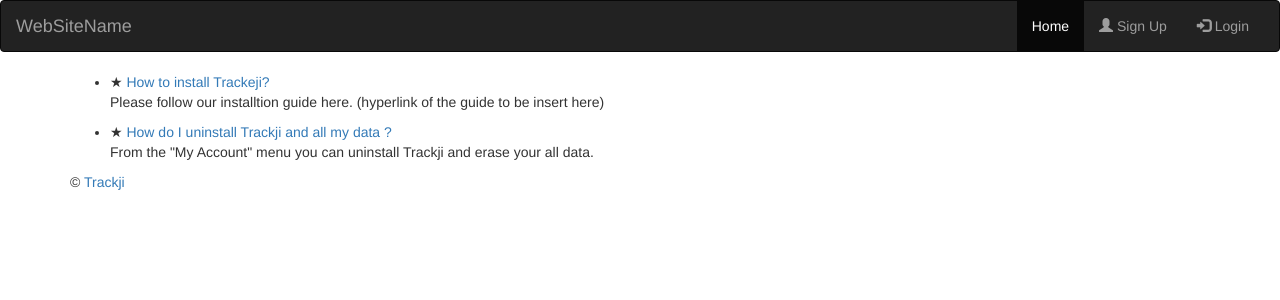
Repository: prathmeshgodbole/Web_Development
Page: Mobile_tracker/Installation.html
The author's editor kept a copy of each file at every save. The page is drawn from the files as they stood at one save, then again after the next save.
The browser window is 1280 px wide. The pictures show the whole page.

Above is the page before, as saved 2020-03-08 17:46:54.

After the next save:
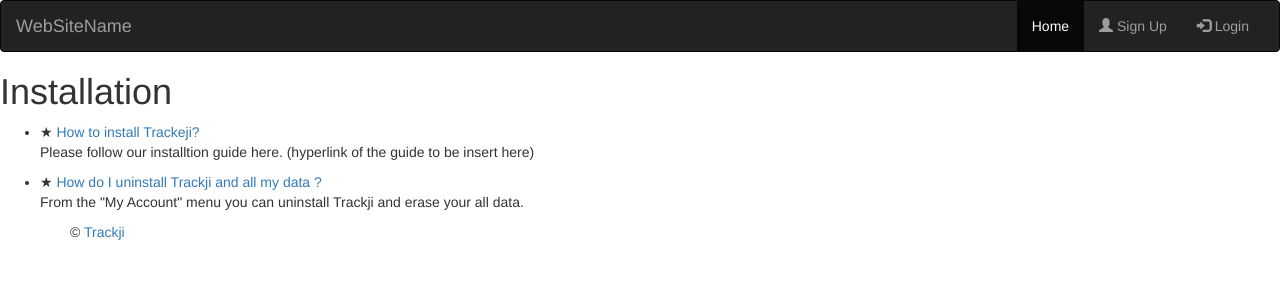
Saved 59 s later.
--- a/Mobile_tracker/Installation.html
+++ b/Mobile_tracker/Installation.html
@@ -35,26 +35,28 @@
 
 
 
-    <div class="container">
+
+    <div class="section-header">
+        <h1 class="section-title">Installation</h1>
+    </div>
 
 
-        <ul class="article-list">
 
-            <li class="article-promoted">
-                <span data-title="Promoted article">★</span>
-                <a href="">How to install Trackeji?</a>
-                <p>Please follow our installtion guide here. (hyperlink of the guide to be insert here)</p>
-            </li>
+    <ul class="article-list">
 
-            <li class="article-promoted">
-                <span data-title="Promoted article">★</span>
-                <a href="">How do I uninstall Trackji and all my data ?</a>
-                <p>From the "My Account" menu you can uninstall Trackji and erase your all data.</p>
-            </li>
+        <li class="article-promoted">
+            <span data-title="Promoted article">★</span>
+            <a href="">How to install Trackeji?</a>
+            <p>Please follow our installtion guide here. (hyperlink of the guide to be insert here)</p>
+        </li>
 
-        </ul>
-    </div>
+        <li class="article-promoted">
+            <span data-title="Promoted article">★</span>
+            <a href="">How do I uninstall Trackji and all my data ?</a>
+            <p>From the "My Account" menu you can uninstall Trackji and erase your all data.</p>
+        </li>
 
+    </ul>
 
     <!--/.container-->
     <footer class="footer container">
